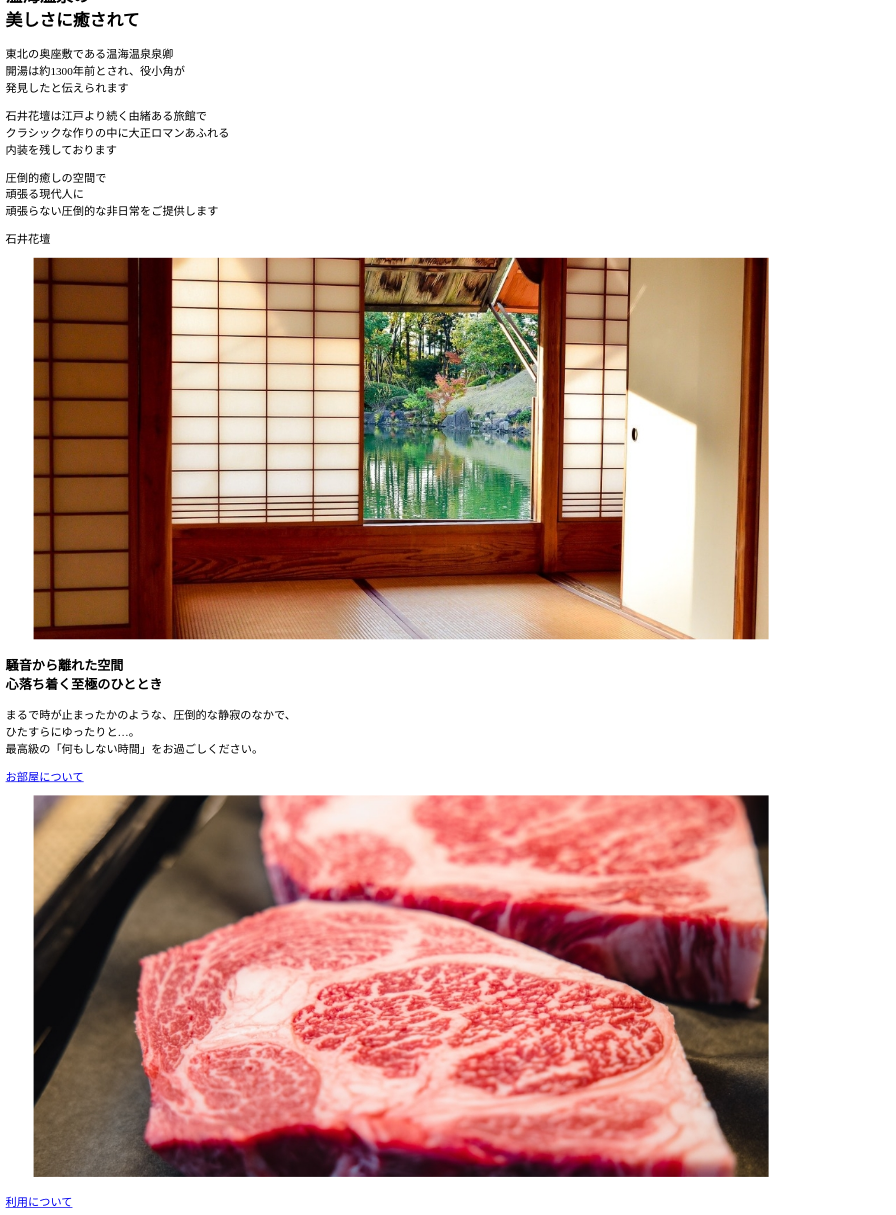
Repository: yuukiyokoyama/compex1
Page: index.html
An editor plug-in stored every save of this project. The page is shown before and after the next save, followed by the edit.
The browser window is 1280 px wide. The pictures show the part of the page from y = 656 to 2576 px (the page is 2392 px tall before and 2576 px after), at 70% of full size.

Above is the page before, as saved 2021-09-17 00:12:06.

### index.html
<!DOCTYPE html>
<html lang="ja">
  <head>
    <meta charset="UTF-8" />
    <meta http-equiv="X-UA-Compatible" content="IE=edge" />
    <meta name="viewport" content="width=device-width, initial-scale=1.0" />
    <title>Document</title>
  </head>
  <body data-aos-easing="ease" data-aos-duration="400" data-aos-delay="0">
    <div id="fv">
      <div class="fv__img" style="background-image: url(images/mainbg01.jpg)"></div>
      <div class="fv__img" style="background-image: url(images/mainbg02.jpg)"></div>
      <div class="fv__img" style="background-image: url(images/mainbg03.jpg)"></div>

      <header>
        <div class="header__inner">
          <div class="header__inner--left">
            <h1 class="header_site-title">
              <a href="#">石井花壇</a>
            </h1>
            <div class="header__menu">
              <nav>
                <ul class="header__list">
                  <li class="header__list-item">
                    <a href="room.html">お部屋</a>
                  </li>
                  <li class="header__list-item">
                    <a href="cuisine.html">お料理</a>
                  </li>
                  <li class="header__list-item">
                    <a href="hot-spring.html">温泉</a>
                  </li>
                </ul>
              </nav>
            </div>
            <!-- header__menu -->
          </div>
          <!-- header__inner--left -->
          <div class="header__inner--right">
            <button class="header__reservation">宿泊予約</button>
            <button class="burger_btn">
              <span class="bars">
                <span class="bar bar_top"></span>
                <span class="bar baar_mid"></span>
                <span class="bar bar_bottom"></span>
              </span>
            </button>
          </div>
          <!-- header__inner--right -->
          <!-- モーダルエリアここから -->
          <section id="modalArea" class="modalArea">
            <div id="modalBg" class="modalBg"></div>
            <div class="modalWrapper">
              <form class="modalContents">
                <h2 class="modalAria__title">宿泊予約</h2>
                <dl class="form__body">
                  <dt>
                    <label for="name">お名前</label>
                  </dt>
                  <dd class="form_text">
                    <input type="text" name="name" id="name" placeholder="例：石井正悟" />
                  </dd>
                </dl>
                <dl class="form__body">
                  <dt><label for="mail-address"></label> メールアドレス</dt>
                  <dd class="form_text">
                    <input
                      type="text"
                      name="mail-address"
                      id="mail-address"
                      placeholder="例：Example@example.com"
                    />
                  </dd>
                </dl>
                <dl class="form__body">
                  <dt>
                    <label for="desired-plan"
                      >ご希望プラン（空いているプランのみ表示されます）</label
                    >
                  </dt>
                  <dd class="form__text">
                    <select name="desired-plan" id="desired-plan">
                      <option value="hidden">プランを選択してください</option>
                      <option value="limited-time">
                        【期間限定】海辺の四季旬彩、贅沢美味懐石プラン
                      </option>
                      <option value="weekday-plan">平日に優雅に楽しむ、特別宿泊プラン</option>
                      <option value="family-plan">
                        絶景貸切露天と個室会席を満喫できるファミリープラン
                      </option>
                    </select>
                  </dd>
                </dl>
                <dl class="form__body">
                  <dt><label for="date-select">日時選択</label></dt>
                  <dd class="form__text">
                    <input
                      type="text"
                      class="flatpickr flatpickr-input"
                      placeholder="日時を選択してください"
                      readonly="readonly"
                    />
                  </dd>
                </dl>
                <input type="submit" class="form__submit-btn" value="送信する" />
                <div id="closeModal" class="closeModal">×</div>
              </form>
            </div>
          </section>
        </div>
        <!-- header__inner -->
      </header>
      <div class="copy">頑張る人の<br />頑張らない時間</div>
    </div>
    <!-- fv -->
    <main>
      <article>
        <section class="preface">
          <div class="section__wrapper">
            <div
              class="preface__body aos-init aos-animate"
              data-aos="fade-up"
              data-aos-duration="2000"
            >
              <h2 class="preface_title">
                温海温泉の<br />
                美しさに癒されて<br />
              </h2>
              <p class="preface_text">
                東北の奥座敷である温海温泉泉卿<br />
                開湯は約1300年前とされ、役小角が<br />
                発見したと伝えられます
              </p>
              <p class="preface__text">
                石井花壇は江戸より続く由緒ある旅館で<br />
                クラシックな作りの中に大正ロマンあふれる<br />
                内装を残しております
              </p>
              <p class="preface_text">
                圧倒的癒しの空間で<br />
                頑張る現代人に<br />
                頑張らない圧倒的な非日常をご提供します
              </p>
              <p class="preface__name">石井花壇</p>
            </div>
            <!-- preface__body -->
          </div>
        </section>
        <section class="contents">
          <div class="contents__box">
            <figure
              class="contents__img-wrapper aos-init aos-animate"
              data-aos="fade-up"
              data-aos-duration="2000"
            >
              <img src="images/oheya-top.jpg" alt="お部屋" />
            </figure>
            <div
              class="contents__body aos-init aos-animate"
              data-aos="fade-up"
              data-aos-duration="2000"
            >
              <h3 class="contents__title">
                騒音から離れた空間<br />
                心落ち着く至極のひととき
              </h3>
              <p class="contents_text">
                まるで時が止まったかのような、圧倒的な静寂のなかで、<br />
                ひたすらにゆったりと…。<br />
                最高級の「何もしない時間」をお過ごしください。
              </p>
              <a class="coontents__btn" href="room.html">お部屋について</a>
            </div>
            <!-- contents__body -->
          </div>
          <!-- contents__box -->
          <div class="contents__box contents__reverse">
            <figure
              class="contents__img-wrapper--reverse aos-init aos-animate"
              data-aos="fade-up"
              data-duration="2000"
            >
              <img src="images/menu-top.jpg" alt="料理について" />
            </figure>
            <div
              class="contents__body contents__body--reveerse aos-init aos-animate"
              data-aos="fade-up"
              data-aos-duration="2000"
            >
              <h3 class="contents__title"></h3>
              <p class="contents__text"></p>
              <a href="cuisine.html" class="contents__btn">利用について</a>
            </div>
          </div>
          <div class="contents__box"></div>
        </section>
        <section class="lodging-plan"></section>
        <section class="news"></section>
        <section class="access"></section>
      </article>
    </main>
  </body>
</html>

After the next save:
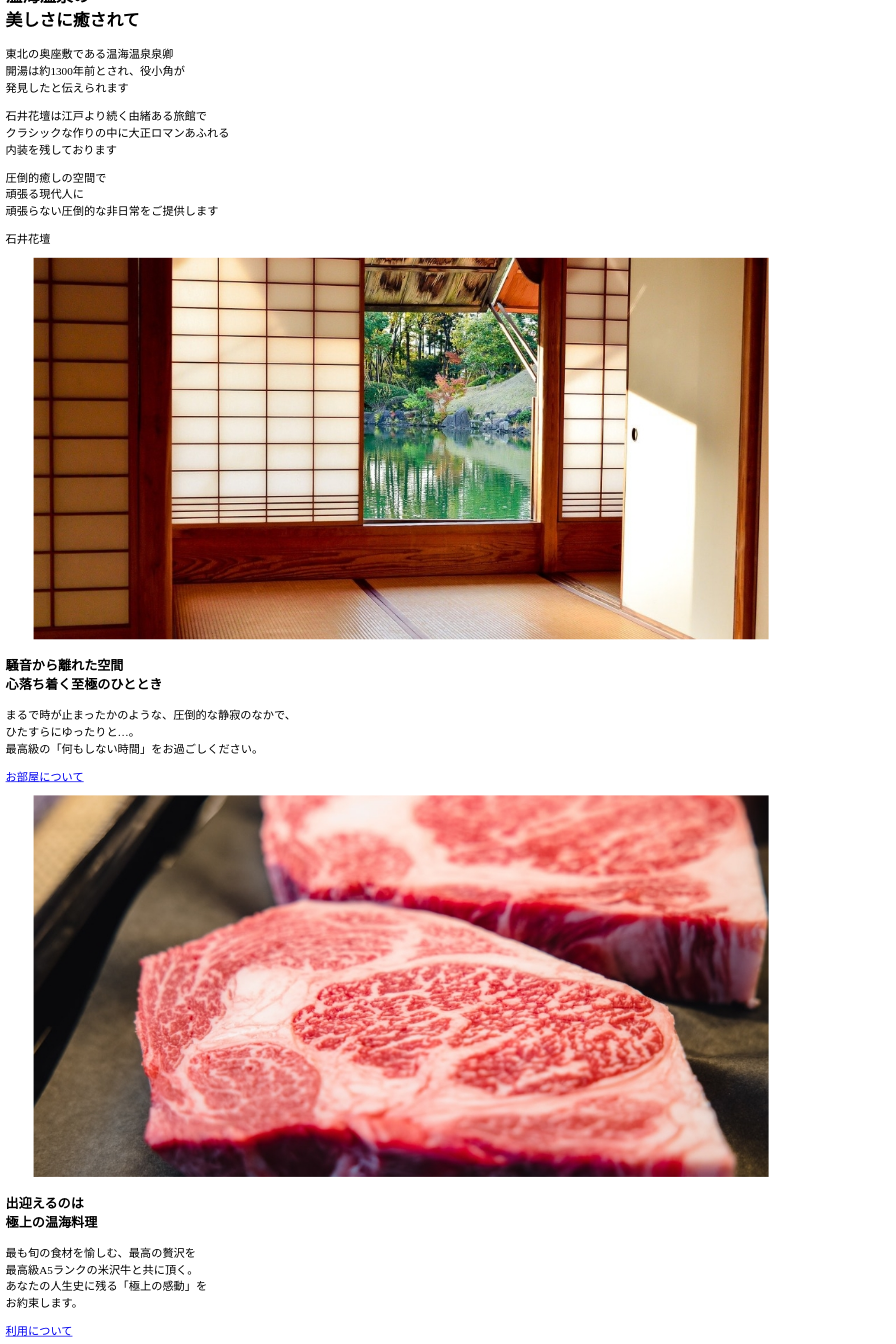
Saved 59 s later.
--- a/index.html
+++ b/index.html
@@ -187,8 +187,16 @@
               data-aos="fade-up"
               data-aos-duration="2000"
             >
-              <h3 class="contents__title"></h3>
-              <p class="contents__text"></p>
+              <h3 class="contents__title">
+                出迎えるのは<br />
+                極上の温海料理
+              </h3>
+              <p class="contents__text">
+                最も旬の食材を愉しむ、最高の贅沢を<br />
+                最高級A5ランクの米沢牛と共に頂く。<br />
+                あなたの人生史に残る「極上の感動」を<br />
+                お約束します。
+              </p>
               <a href="cuisine.html" class="contents__btn">利用について</a>
             </div>
           </div>
